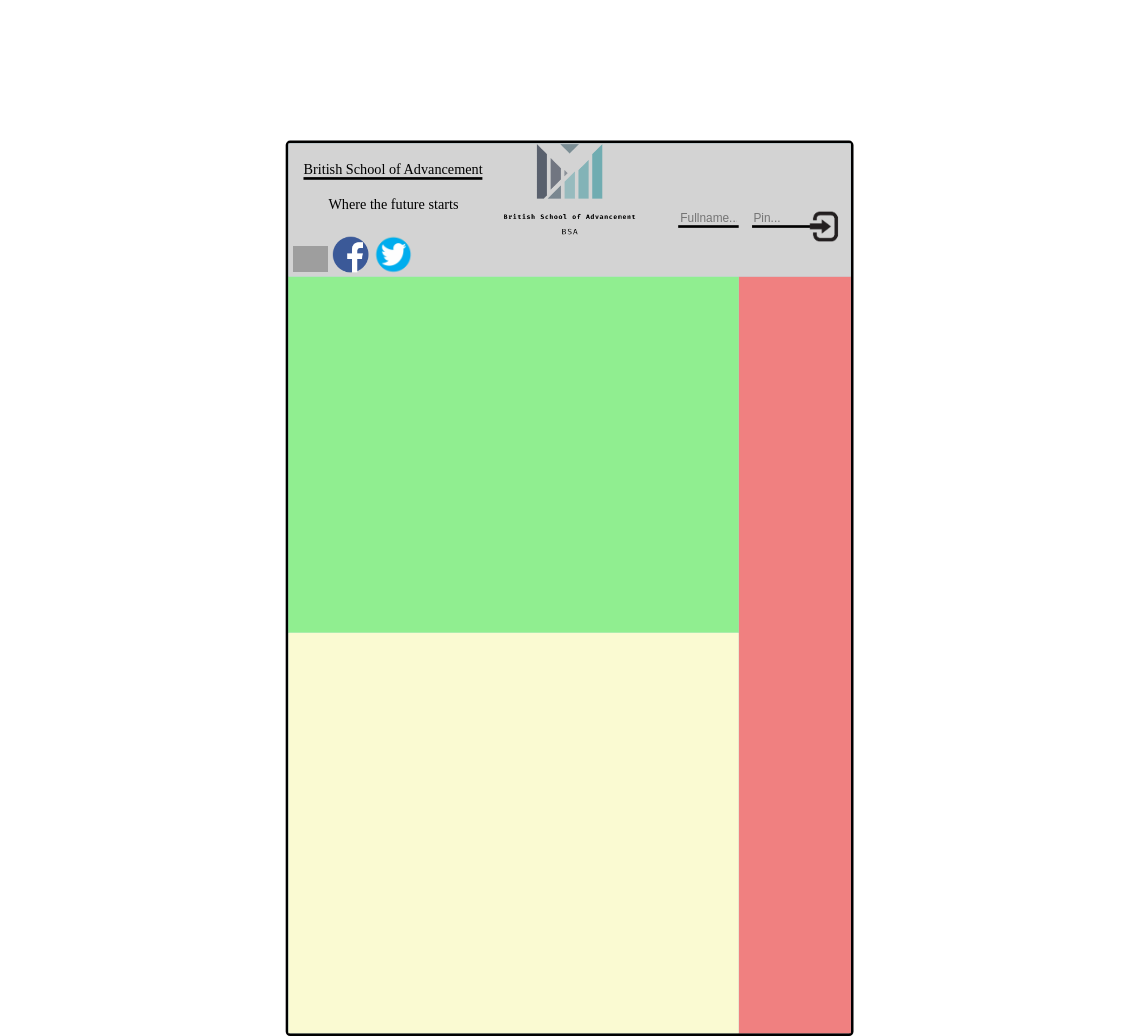
Repository: ghend99/School-app
Page: index.html
An editor plug-in stored every save of this project. The page is shown before and after the next save, followed by the edit.
The browser window is 1280 px wide. The pictures show the whole page, at 89% of full size.
Pictures or frames that could not be fetched are drawn as grey boxes.

Above is the page before, as saved 2023-03-24 13:34:49.

After the next save:
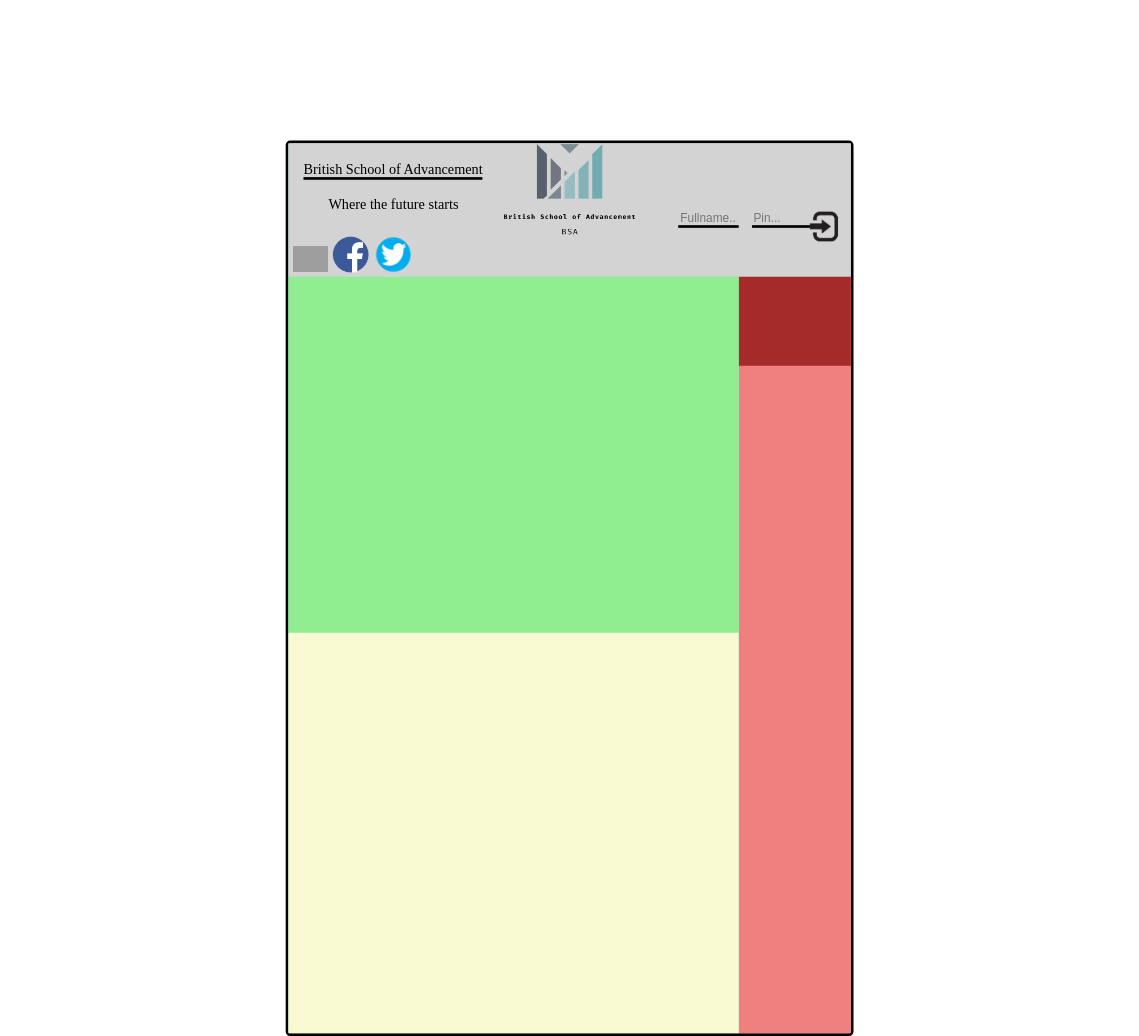
Saved 22 s later.
--- a/style.css
+++ b/style.css
@@ -108,6 +108,8 @@
 #sidebar-link {
   position: relative;
   width: 100%;
+  height: 100px;
+  background-color: brown;
 }
 
 #student-information-container {
